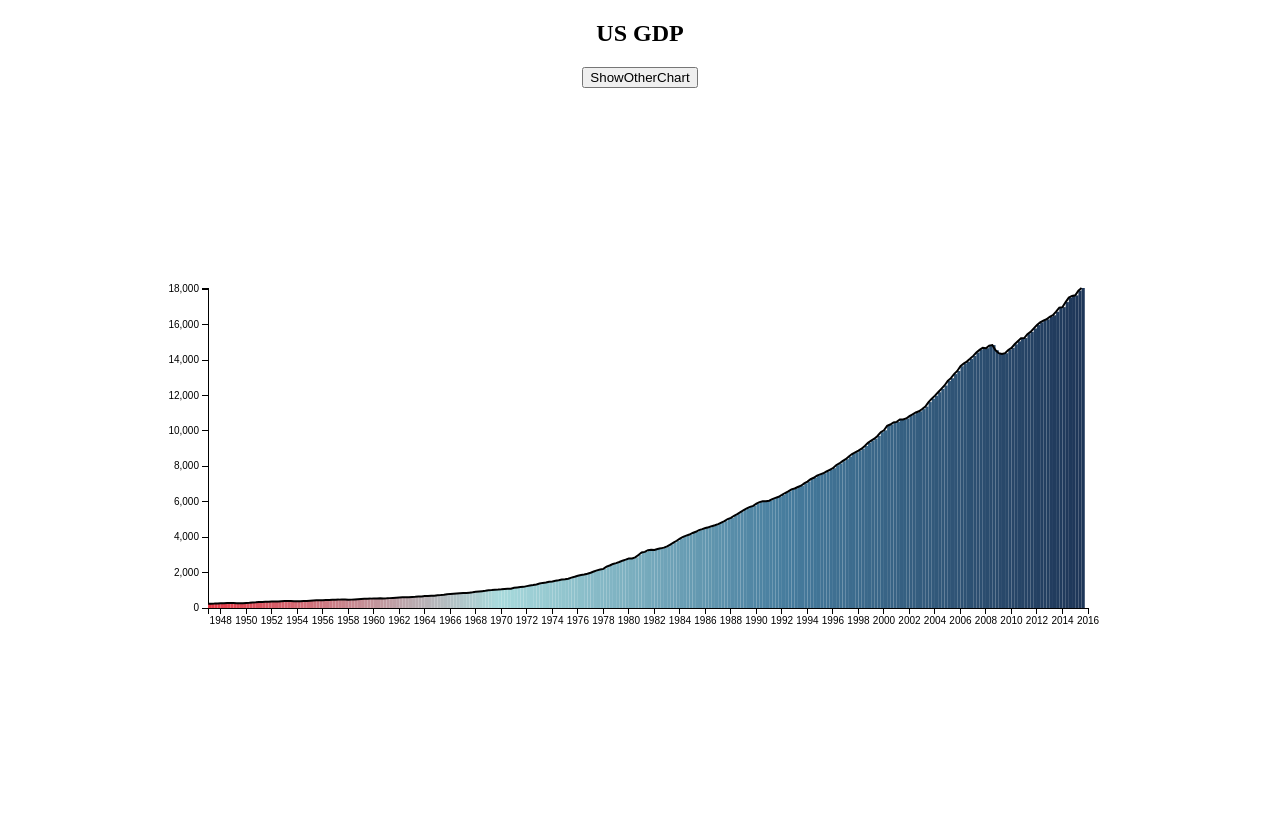
Repository: zizhang-AI/d3-barChart
Page: hello-world.html
The author's editor kept a record of every edit. The page is drawn from the files as they stood at one moment, then again after the next edit.
The browser window is 1280 px wide. The page is 1288 px wide, so the pictures cover 1288 px, including what lies to the right of the window. The pictures show the whole page.

Above is the page before.

### hello-world.html
<!DOCTYPE html>
<html lang="en-us">
<head>
	<meta charset="utf-8">
	<title>BarChartD3</title>
</head>
<style type="text/css">
	#header {
		text-align: center;
	}
	.axis text {
	  font: 10px sans-serif;
	}
	.axis path,
	.axis line {
	  fill: none;
	  stroke: #000;
	  shape-rendering: crispEdges;
	}
	.area {
		fill: url(#areaGradientFill);
		stroke-width: 0;
	}
	.line {
		fill: none;
		stroke-width: 2px;
		stroke: black;
	}
</style>
<body>
	<section id='header'>
		<h1>US GDP</h1>
		<button>ShowOtherChart</button>
	</section>
	<script type="text/javascript" src="d3.min.js" charset="utf-8"></script>
	<script type="text/javascript">

	d3.json("GDP-data.json", function(error, json) {
	  if (error) return console.warn(error);
	  data = json;
	  visualizeIt();
	});
	function visualizeIt() {
		let format = d3.time.format('%Y-%m-%d'),
			margin = {top: 200, right: 200, bottom: 200, left: 200},
			width = window.innerWidth,
			height = window.innerHeight;
		for (let i in data.data) {
			data.data[i][0] = format.parse(data.data[i][0]);
		}
		let xScale = d3.time.scale()
						.domain([d3.time.year(format.parse(data.from_date)),
								d3.time.year.offset(d3.time.year(format.parse(data.to_date)),1)])
						.range([0, width - margin.left - margin.right]);
		let yScale = d3.scale.linear()
						.domain([d3.max(data.data.map(function (d) {return d[1];})),0])
						.range([0, height - margin.top - margin.bottom]);
		let colorScale = d3.scale.linear()
						.domain([0,data.data.length*0.33, data.data.length*0.66, data.data.length])
						.range(['#e63946','#a8dadc','#457b9d','#1d3557']);

		let svg = d3.select('body')
						.append('svg')
						.attr({
							'width': width,
							'height': height,
						})
					.append('g')
						.attr('transform', 'translate(' + margin.left + ',' + margin.top + ')');
		///it is to be noted that directly translate svg does not work for Chrome, but appending a 'g' before translation works.
		let xAxis = d3.svg.axis()
						.scale(xScale)
						.ticks(d3.time.years, 2)
						.orient('bottom');
		let yAxis = d3.svg.axis()
						.scale(yScale)
						.orient('left');
		let offsetXAxis = height-margin.top - margin.bottom;

	  svg.append('defs')
	  		.append("linearGradient")
			.attr("id", "areaGradientFill")
			.attr("gradientUnits", "userSpaceOnUse")
			.attr("x1", 0)
			.attr("y1", height - margin.top - margin.bottom)
			.attr("x2", width - margin.left - margin.right)
			.attr("y2", height - margin.top - margin.bottom)
		.selectAll("stop")
			.data([
			{offset: "0%", color: "#e63946"},
			{offset: "33%", color: "#a8dadc"},
			{offset: "66%", color: "#457b9d"},
			{offset: "100%", color: "#1d3557"}
			])
			.enter().append("stop")
			.attr("offset", function(d) { return d.offset; })
			.attr("stop-color", function(d) { return d.color; });

		svg.append('g')
			.attr('class','x axis')
			.attr('transform','translate(0,'+ offsetXAxis +')')
			.call(xAxis);
		svg.append('g')
			.attr('class','y axis')
			.call(yAxis);
		svg.selectAll('.bar')
				.data(data.data)
			.enter().append('rect')
				.attr('class','bar')
				.attr('x',function(d){return xScale(d[0]);})
				.attr('y', function(d){return height - margin.top - margin.bottom;})
				.attr('fill', function(d,i){return colorScale(i);})
				.attr('width',(width - margin.left - margin.right)/data.data.length)
				.attr('height',0);
		///since the bar is drawn from top to bottom, you need to transition two properties.
		svg.selectAll('.bar')
			.transition()
			.duration(1000) //the duration change will bring very desirable animation!!
			.ease('elastic')
			.delay(function(d, i) {return i*2;})
			.attr('height', function(d){return height - yScale(d[1]) - margin.top - margin.bottom;})
			.attr('y',function(d) {return yScale(d[1]);});

		/*transition to area chart*/
		let area = d3.svg.area()
						// .interpolate('monotone')
						.x(function(d) {return xScale(d[0]);})
						.y0(height-margin.top-margin.bottom)
						.y1(function(d) {return yScale(d[1]);});
		svg.append('path')
			.datum(data.data)
			.attr('class','area')
			// .style('fill', 'url(#areaGradientFill)') //this also works
			.attr('d',area);

		let line = d3.svg.line()
						// .interpolate('monotone')
						.x(function(d){return xScale(d[0]);})
						.y(function(d){return yScale(d[1]);});
		svg.append('path')
			.datum(data.data)
			.attr('class','line')
			.attr('d',line);
		let t = d3.transition().duration(4000);

		area = d3.svg.area()
						// .interpolate('monotone')
						.x(function(d) {return xScale(d[0]);})
						.y0(height-margin.top-margin.bottom)
						.y1(height-margin.top-margin.bottom);

		t.selectAll('.area')
			.attr('d',area);

	}
	</script>
</body>

</html>

Loaded but not shown: d3.min.js (library); GDP-data.json (common file)

After the next edit:
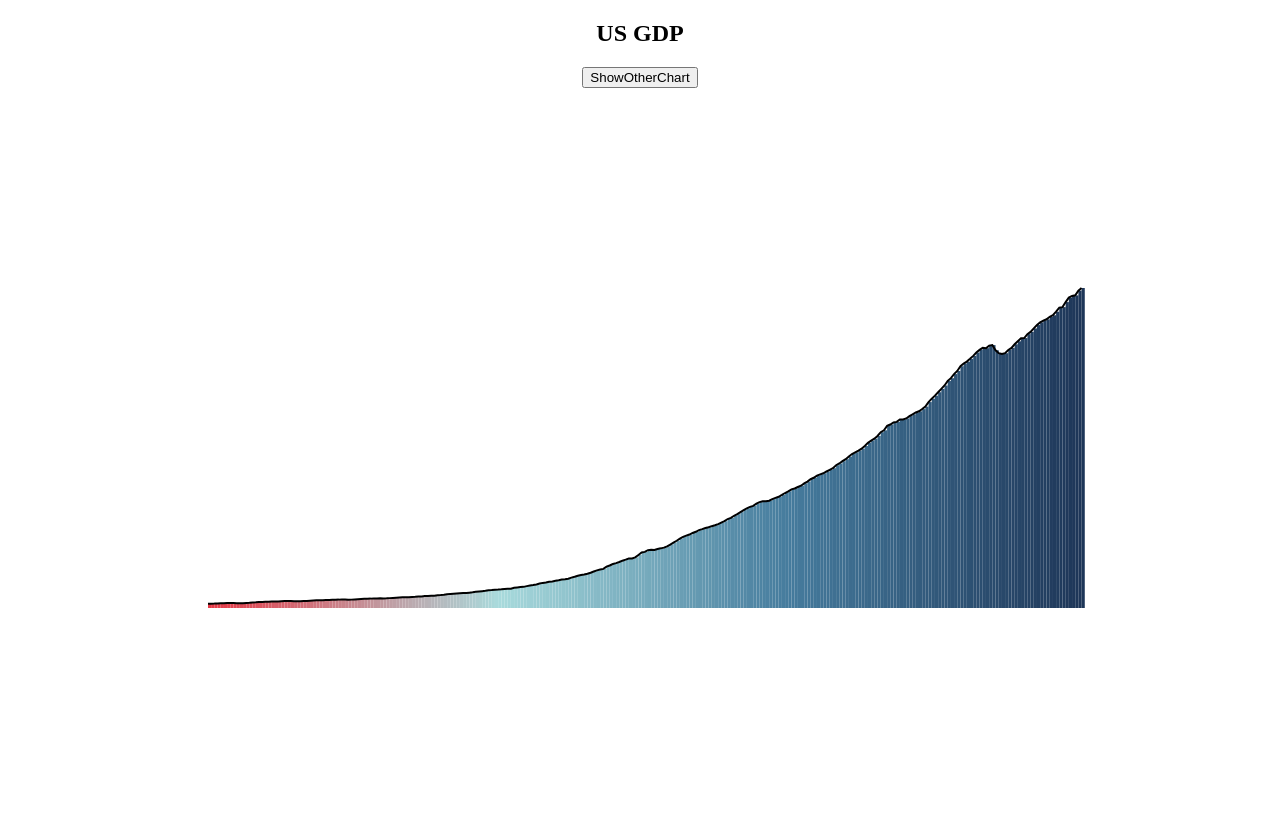
The edit:
--- a/hello-world.html
+++ b/hello-world.html
@@ -96,13 +96,7 @@
 			.attr("offset", function(d) { return d.offset; })
 			.attr("stop-color", function(d) { return d.color; });
 
-		svg.append('g')
-			.attr('class','x axis')
-			.attr('transform','translate(0,'+ offsetXAxis +')')
-			.call(xAxis);
-		svg.append('g')
-			.attr('class','y axis')
-			.call(yAxis);
+
 		svg.selectAll('.bar')
 				.data(data.data)
 			.enter().append('rect')

After the edit that followed:
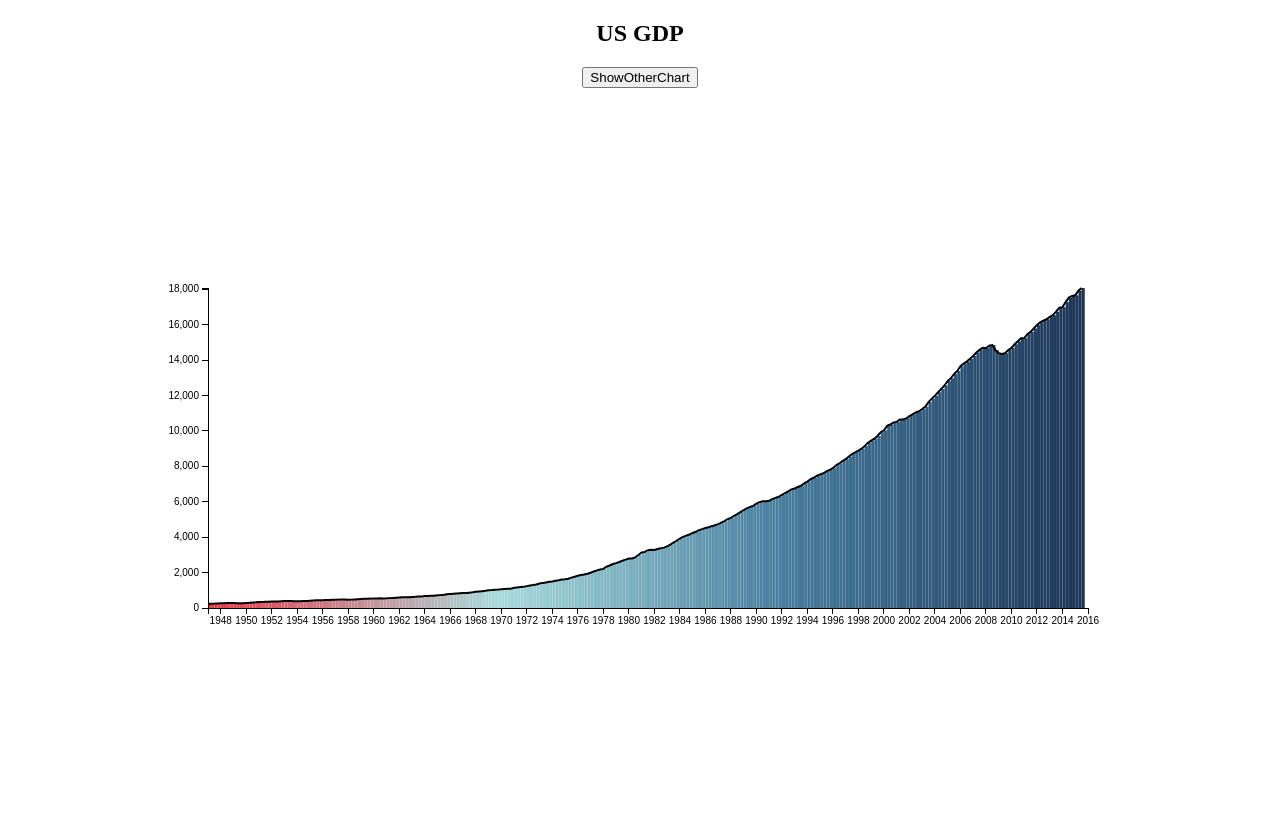
The edit:
--- a/hello-world.html
+++ b/hello-world.html
@@ -145,6 +145,13 @@
 
 		t.selectAll('.area')
 			.attr('d',area);
+		svg.append('g')
+			.attr('class','x axis')
+			.attr('transform','translate(0,'+ offsetXAxis +')')
+			.call(xAxis);
+		svg.append('g')
+			.attr('class','y axis')
+			.call(yAxis);
 
 	}
 	</script>
